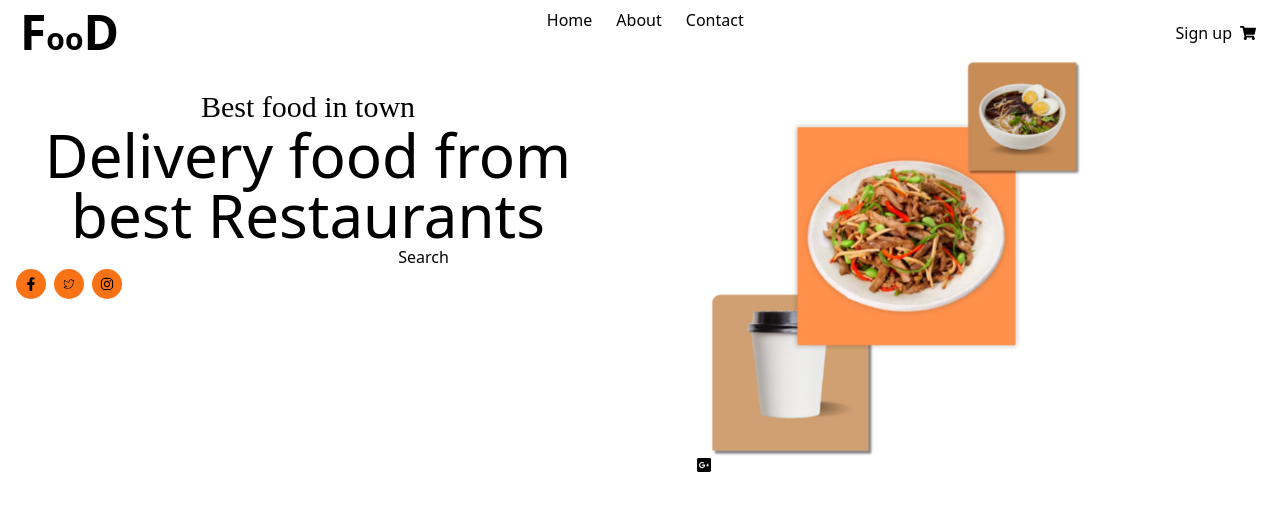
Repository: KhushiCode14/FoodWeb
Page: /
These files come from the project's save history. The page is drawn as it stood at one moment and after the next save; the edit follows.
The browser window is 1280 px wide. The pictures show the whole page.
The project was rebuilt for these pictures with package versions that can differ from the ones it lists, and the page was loaded fresh each time. Also part of the build but not shown: src/components/Home/SignUp.tsx, src/components/Home/SignIn.tsx.

Above is the page before, as saved 2024-09-19 20:09:34.

After the next save:
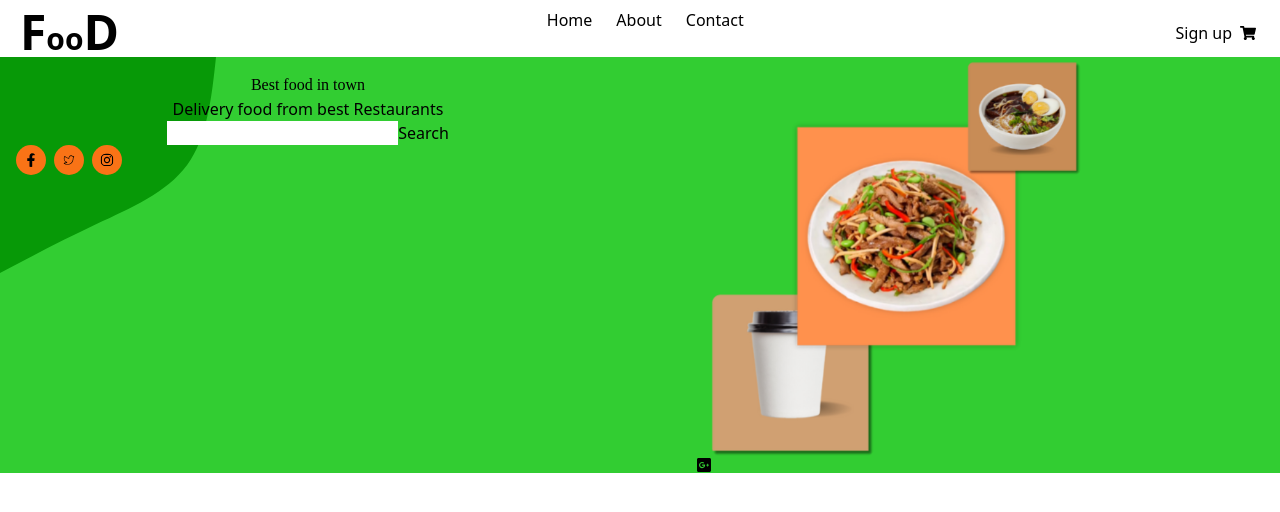
Saved 10 s later.
--- a/src/Pages/Home.tsx
+++ b/src/Pages/Home.tsx
@@ -6,11 +6,11 @@ import { Link } from "react-router-dom";
 const Home: React.FC = () => {
   return (
 
-    <div className=" flex  gap-20  justify-center ">
+    <div className=" flex  gap-20 bgBack justify-center ">
 
-      <div className="w-1/2 justify-center items-center m-4 mt-8 ">
-        <h3 className="font-cursive text-3xl">Best food in town</h3>
-        <h1 className="text-6xl">Delivery food from best Restaurants</h1>
+      <div className="w-1/2 justify-center items-center m-4 ">
+        <h3 className="font-cursive">Best food in town</h3>
+        <h1>Delivery food from best Restaurants</h1>
         <div>
           <input type="text"></input>
           <button>Search</button>
